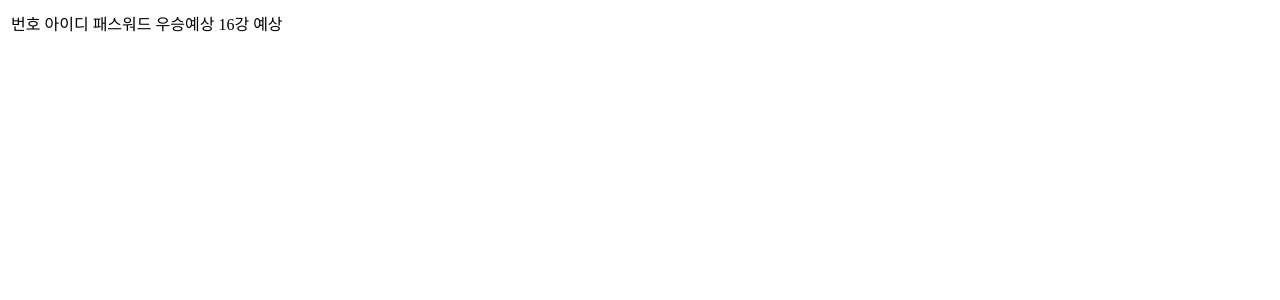
Repository: dldncjf14/Example
Page: http://localhost/15_MVC_Football_이우철/list
An editor plug-in stored every save of this project. The page is shown before and after the next save, followed by the edit.
The browser window is 1280 px wide. The pictures show the whole page.
The page is served by Tomcat 9. Queries for data that is not in the repository find no rows.

Above is the page before, as saved 2021-03-17 06:40:20.

After the next save:
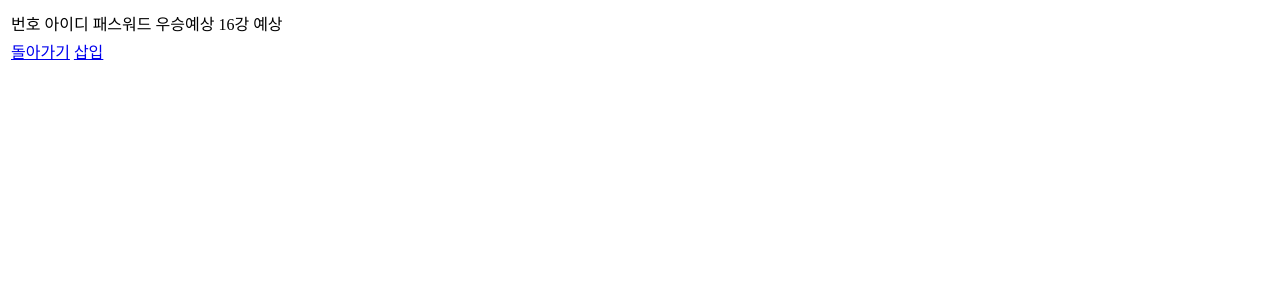
Saved 67 s later.
--- a/15_MVC_Football_이우철/src/main/webapp/WEB-INF/views/list.jsp
+++ b/15_MVC_Football_이우철/src/main/webapp/WEB-INF/views/list.jsp
@@ -21,12 +21,18 @@
 	<c:forEach var="dto" items="${list }">
 		<tr>
 			<td>${dto.num }</td>
-			<td><a>${dto.id }</a></td>
+			<td><a href="content?num=${dto.num }">${dto.id }</a></td>
 			<td>${dto.pw }</td>
 			<td>${dto.win }</td>
 			<td>${dto.round16 }</td>
 	</tr>
 	</c:forEach>
+	<tr>
+		<td colspan="5">
+		<a href="form">돌아가기</a>
+		<a href="form">삽입</a>
+		</td>
+	</tr>
 </table>
 </form>
 </body>
